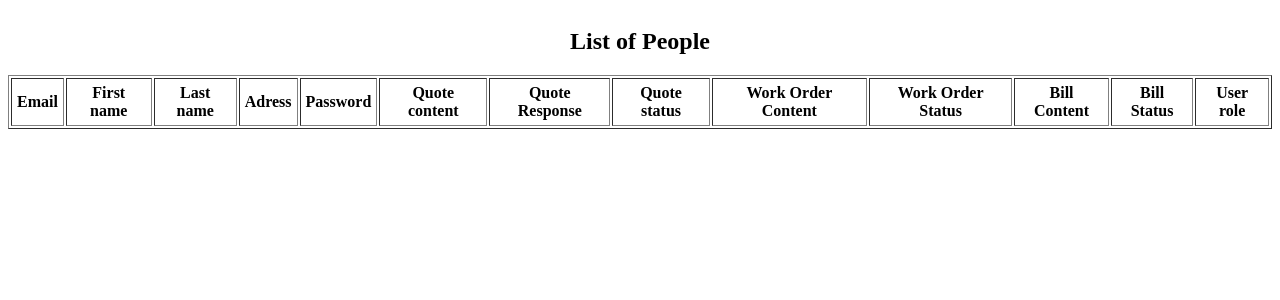
Repository: jacknishanian/Database-project
Page: http://localhost/database/UserList.jsp
These files come from the project's save history. The page is drawn as it stood at one moment and after the next save; the edit follows.
The browser window is 1280 px wide. The pictures show the whole page.
The page is served by Tomcat 9. Nobody is signed in. The application's start-up code is not run. Other server files are loaded and not shown.

Above is the page before, as saved 2023-10-17 23:33:12.

### database/WebContent/UserList.jsp
<%@ page import="java.util.List" %>
<%@ page language="java" contentType="text/html; charset=ISO-8859-1"
    pageEncoding="ISO-8859-1"%>
  <%@ taglib prefix="c" uri="http://java.sun.com/jsp/jstl/core" %>
<!DOCTYPE html PUBLIC "-//W3C//DTD HTML 4.01 Transitional//EN" "http://www.w3.org/TR/html4/loose.dtd">
<html>
<head>
    <title>All User list</title>
</head>
<body>
   <div align="center">
        <table border="1" cellpadding="5">
            <caption><h2>List of People</h2></caption>
            <tr>
				<th>Email</th>
                <th>First name</th>
                <th>Last name</th>
                <th>Adress</th>
                <th>Password</th>
                <th>Quote content</th>
                <th>Quote Response</th>
                <th>Quote status</th>
                <th>Work Order Content</th>
                <th>Work Order Status</th>
                <th>Bill Content</th>
                <th>Bill Status</th>
                <th>User role</th>

            </tr>
            <c:forEach var="users" items="${listUser}">
                <tr style="text-align:center">
                    <td><c:out value="${users.email}" /></td>
                    <td><c:out value="${users.firstName}" /></td>
                    <td><c:out value="${users.lastName}" /></td>
                    <td><c:out value= "${users.adress_street_num} ${users.adress_street} ${users.adress_city} ${users.adress_state} ${users.adress_zip_code}" /></td>
                    <td><c:out value="${users.password}" /></td>
                    <td><c:out value="${users.quotes_content}" /></td>
                    <td><c:out value="${users.quotes_response}"/></td>
                    <td><c:out value="${users.quotes_status}" /></td>
                    <td><c:out value="${users.work_order_status}" /></td>
                    <td><c:out value="${users.bill_of_work_content}"/></td>
                    <td><c:out value="${users.bill_of_work_status}" /></td>
                    <td><c:out value="${users.role}" /></td>
                </tr>
            </c:forEach>
        </table>
    </div>
</body>
</html>

After the next save:
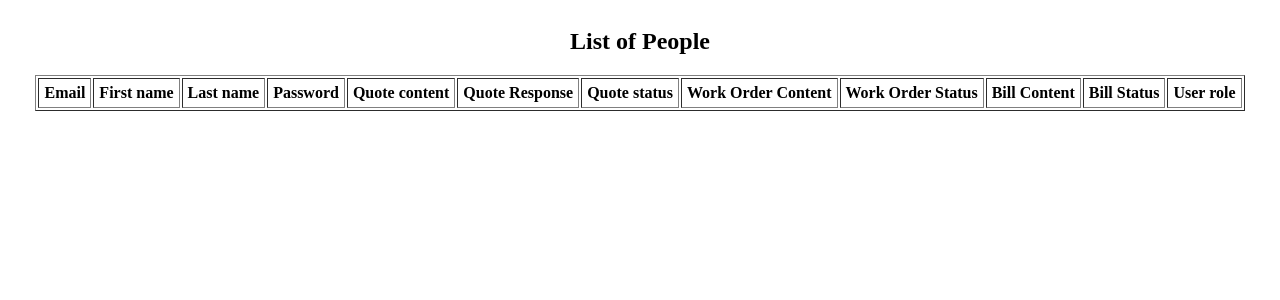
Saved 53 s later.
--- a/database/WebContent/UserList.jsp
+++ b/database/WebContent/UserList.jsp
@@ -15,7 +15,6 @@
 				<th>Email</th>
                 <th>First name</th>
                 <th>Last name</th>
-                <th>Adress</th>
                 <th>Password</th>
                 <th>Quote content</th>
                 <th>Quote Response</th>
@@ -32,7 +31,6 @@
                     <td><c:out value="${users.email}" /></td>
                     <td><c:out value="${users.firstName}" /></td>
                     <td><c:out value="${users.lastName}" /></td>
-                    <td><c:out value= "${users.adress_street_num} ${users.adress_street} ${users.adress_city} ${users.adress_state} ${users.adress_zip_code}" /></td>
                     <td><c:out value="${users.password}" /></td>
                     <td><c:out value="${users.quotes_content}" /></td>
                     <td><c:out value="${users.quotes_response}"/></td>
